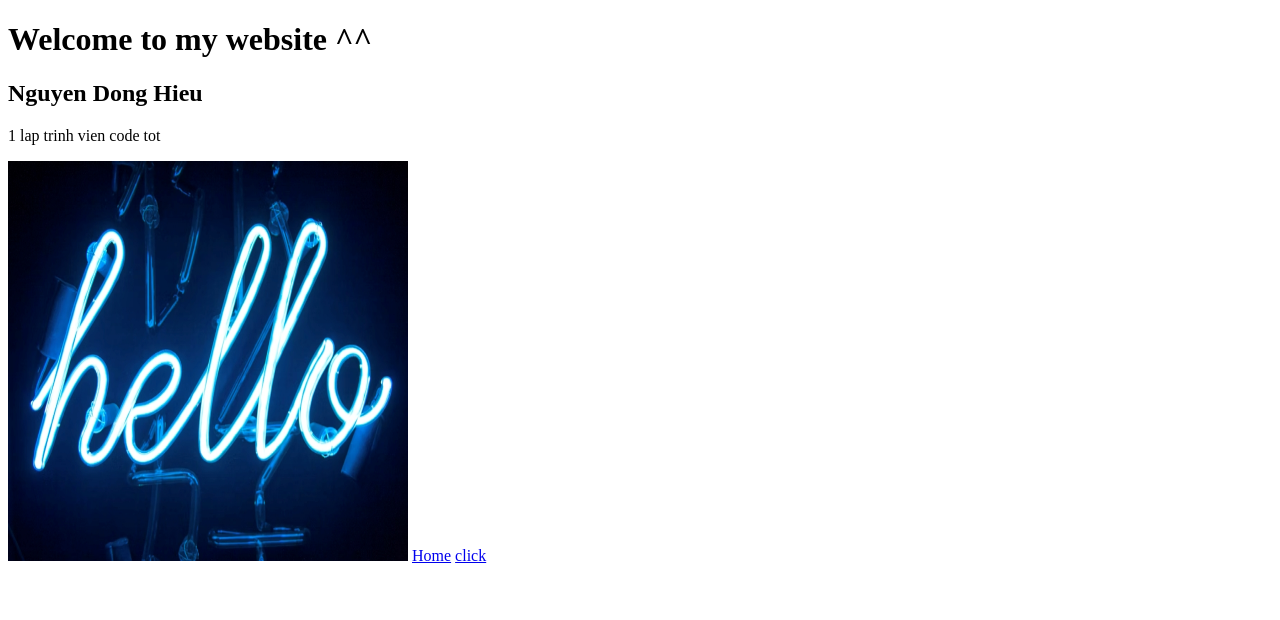
Repository: nguyendonghieu1011-png/project2
Page: more-info/index.html
These files come from the project's save history. The page is drawn as it stood at one moment and after the next save; the edit follows.
The browser window is 1280 px wide. The pictures show the whole page.

Above is the page before, as saved 2025-11-05 22:00:49.

After the next save:
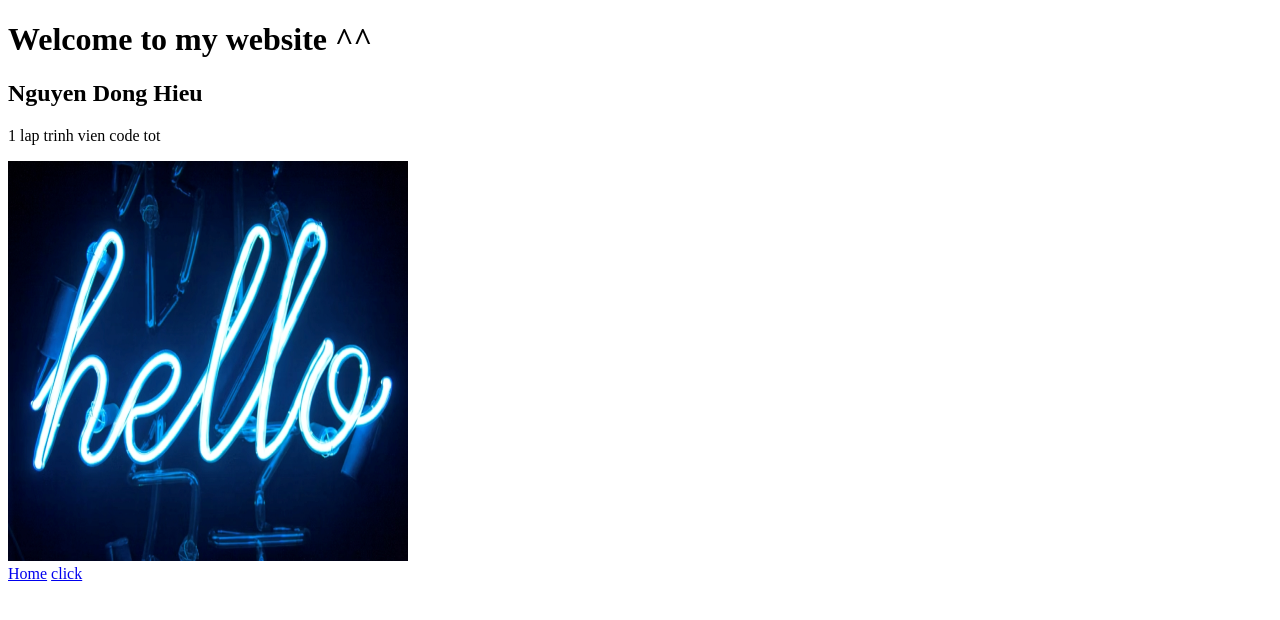
Saved 21 s later.
--- a/more-info/index.html
+++ b/more-info/index.html
@@ -10,7 +10,7 @@
 
     <h2>Nguyen Dong Hieu</h2>
     <p>1 lap trinh vien code tot</p>
-    <img src="../img/hello.jpg" width="400px" height="400px" />
+    <img src="../img/hello.jpg" width="400px" height="400px" /> <br />
 
     <!-- 1. điều hướng đến trang chủ -->
     <a href="/more-info/index.html">Home</a>
